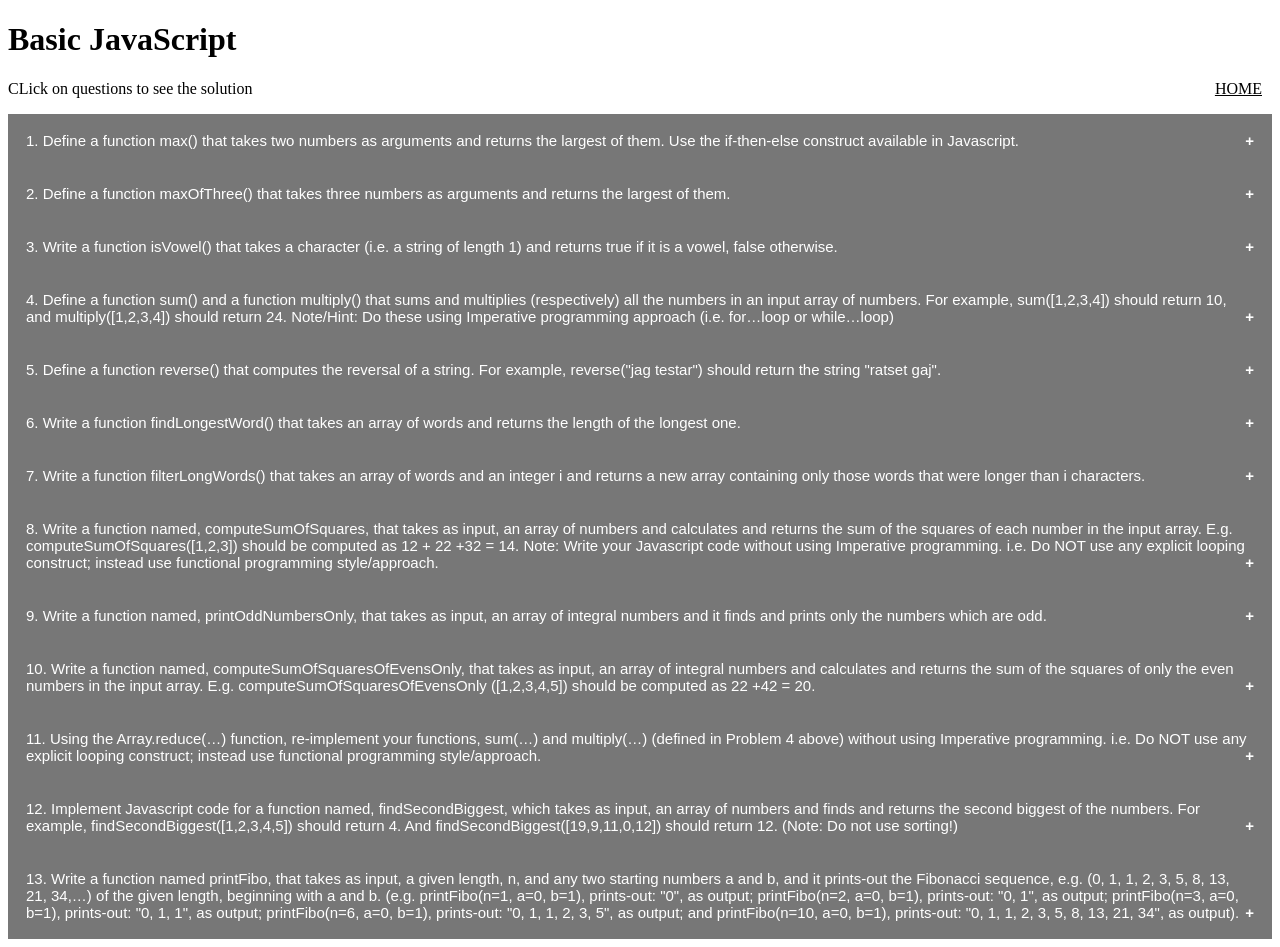
Repository: luqmang316/luqmang316.github.io
Page: BasicJavaScript/BasicJavaScript.html
These files come from the project's save history. The page is drawn as it stood at one moment and after a run of saves; the edit follows.
The browser window is 1280 px wide. The pictures show the whole page.

Above is the page before, as saved 2020-11-08 16:25:38.

After the next 2 saves:
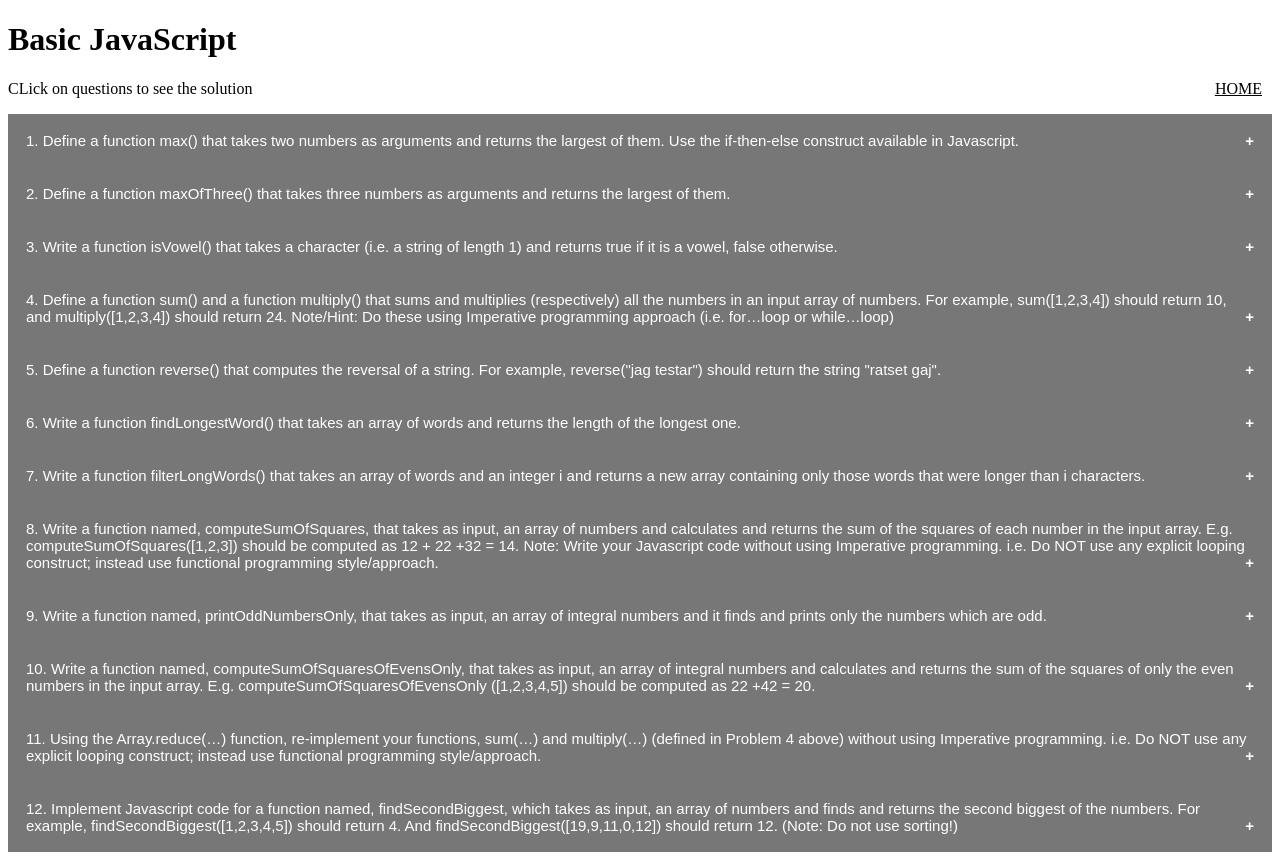
The 2 saves are shown as one change because they came seconds apart.
The last was saved 14 s later.
--- a/BasicJavaScript/BasicJavaScript.html
+++ b/BasicJavaScript/BasicJavaScript.html
@@ -358,40 +358,6 @@
                     }
 
                     return secondMax;
-                }
-                &lt;/script&gt;
-            </pre>
-        </div>
-    </div>
-
-
-    <button class="collapsible">13.	Write a function named printFibo, that takes as input, a given length, n, and any two starting numbers a and b, and it prints-out the Fibonacci sequence, e.g. (0, 1, 1, 2, 3, 5, 8, 13, 21, 34,…) of the given length, beginning with a and b. (e.g. printFibo(n=1, a=0, b=1), prints-out: "0", as output; printFibo(n=2, a=0, b=1), prints-out: "0, 1", as output; printFibo(n=3, a=0, b=1), prints-out: "0, 1, 1", as output; printFibo(n=6, a=0, b=1), prints-out: "0, 1, 1, 2, 3, 5", as output; and printFibo(n=10, a=0, b=1), prints-out: "0, 1, 1, 2, 3, 5, 8, 13, 21, 34", as output).</button>
-    <div class="content">
-        <div class="box-left-column">
-            <span>Print Fibonaci Series E.g. (0, 1, 1, 2, 3, 5, 8, 13, 21, 34,…) </span>
-            <p>
-                <button onclick="printFibo(9, 0, 1 );">Print Fibonaci Series</button>
-                <span>Result:</span>
-                <span id="output13"></span>
-            </p>
-        </div>
-
-        <div class="box-right-column">
-            <pre>
-                &lt;script&gt;
-                function printFibo(n, a, b ){
-                    if(n>0){
-                        console.log(a);
-                    }
-                    if(n>1){
-                        console.log(b);
-                    }
-                    for (let i = 2; i < n; i++) {
-                        let r = a+b;
-                        a=b;
-                        b=r;
-                        console.log(r);
-                    }
                 }
                 &lt;/script&gt;
             </pre>
